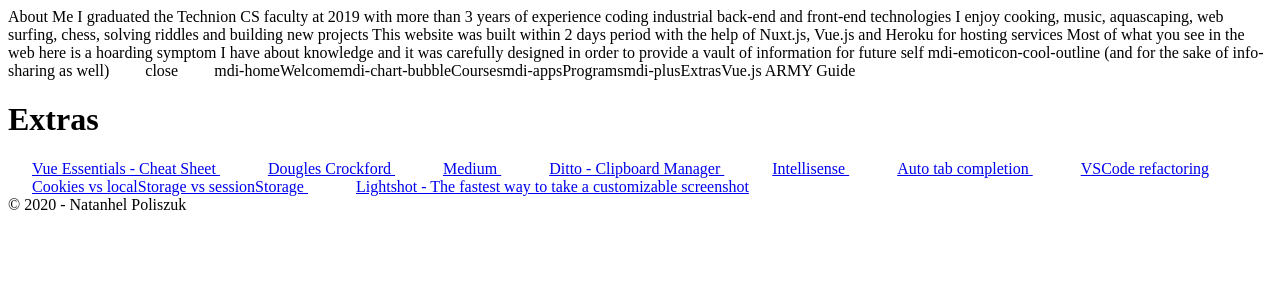
Repository: Natanhel/zvguide
Page: /Extras
The author's editor kept a copy of each file at every save. The page is drawn from the files as they stood at one save, then again after the next save.
The browser window is 1280 px wide. The pictures show the whole page.
The project was rebuilt for these pictures with package versions that can differ from the ones it lists, and the page was loaded fresh each time. The framework's server and built-in components were replaced by stand-ins that run in the browser. Also part of the build but not shown: layouts/error.vue.

Above is the page before, as saved 2020-03-25 14:10:05.

### layouts/default.vue
<template>
  <v-app dark>
    <v-dialog
      v-model="aboutMe"
      max-width="450"
    >
      <v-card>
        <v-card-title>About Me</v-card-title>
        <v-card-text>
          I graduated the Technion CS faculty at 2019
          with more than 3 years of experience coding
          industrial back-end and front-end technologies
        </v-card-text>

        <v-card-text>
          I enjoy cooking, music, aquascaping, web surfing,
          chess, solving riddles and building new projects
        </v-card-text>

        <v-card-text>
          This website was built within 2 days period
          with the help of Nuxt.js, Vue.js and Heroku
          for hosting services
        </v-card-text>

        <v-card-text>
          Most of what you see in the web here
          is a hoarding symptom I have about knowledge and
          it was carefully designed in order to provide a
          vault of information for future self
          <v-icon>mdi-emoticon-cool-outline</v-icon>
        </v-card-text>
        <v-card-text>
          (and for the sake of info-sharing as well)
        </v-card-text>
        <v-card-action>
          <v-btn class="closeBtn" color="primary" @click="aboutMe = !aboutMe">
            close
          </v-btn>
        </v-card-action>
      </v-card>
    </v-dialog>
    <v-navigation-drawer
      v-model="drawer"
      :mini-variant="miniVariant"
      :clipped="clipped"
      fixed
      app
    >
      <v-list>
        <v-list-item
          v-for="(item, i) in items"
          :key="i"
          :to="item.to"
          router
          exact
        >
          <v-list-item-action>
            <v-icon>{{ item.icon }}</v-icon>
          </v-list-item-action>
          <v-list-item-content>
            <v-list-item-title v-text="item.title" />
          </v-list-item-content>
        </v-list-item>
      </v-list>
    </v-navigation-drawer>
    <v-app-bar
      :clipped-left="clipped"
      fixed
      app
    >
      <v-app-bar-nav-icon @click.stop="drawer = !drawer" />
      <v-toolbar-title v-text="title" />
      <v-spacer />
    </v-app-bar>
    <v-content>
      <v-container>
        <nuxt />
      </v-container>
    </v-content>
    <v-footer
      :fixed="fixed"
      app
    >
      <span @click="aboutMe = !aboutMe">&copy; {{ new Date().getFullYear() }} - Natanhel Poliszuk</span>
    </v-footer>
  </v-app>
</template>

<script>
export default {
  name: 'Default',
  data () {
    return {
      aboutMe: false,
      clipped: false,
      drawer: false,
      fixed: false,
      items: [
        {
          icon: 'mdi-home',
          title: 'Welcome',
          to: '/'
        },
        {
          icon: 'mdi-chart-bubble',
          title: 'Courses',
          to: '/courses'
        },
        {
          icon: 'mdi-apps',
          title: 'Programs',
          to: '/programs'
        },
        {
          icon: 'mdi-plus',
          title: 'Extras',
          to: '/extras'
        }
      ],
      miniVariant: false,
      right: false,
      rightDrawer: false,
      title: 'Vue.js ARMY Guide'
    }
  }
}
</script>

<style>
.closeBtn{
  padding: 1em;
  margin: 1em;
}
</style>

### pages/Extras.vue
<template>
  <div>
    <h1>Extras</h1>
    <v-card
      v-for="(link,index) in links"
      id="linkCard"
      :key="index"
    >
      <a
        :href="link.ref"
        target="_blank"
      >
        {{ link.title }}
      </a>
    </v-card>
  </div>
</template>

<script>
export default {
  data () {
    return {
      links: require('@/assets/extras.json')
    }
  }
}
</script>

<style>
#linkCard{
    padding: 1em;
    margin: 0.5em;
}

p,v-card-title,v-btn,
h1,h2,h3,h4,h5 {
     -moz-user-select: none; /* Firefox */
      -ms-user-select: none; /* Internet Explorer */
   -khtml-user-select: none; /* KHTML browsers (e.g. Konqueror) */
  -webkit-user-select: none; /* Chrome, Safari, and Opera */
  -webkit-touch-callout: none; /* Disable Android and iOS callouts*/
}
</style>

### assets/extras.json
[
  {
    "ref": "https://www.vuemastery.com/pdf/Vue-Essentials-Cheat-Sheet.pdf",
    "title": "Vue Essentials - Cheat Sheet"
  },
  {
    "ref": "https://www.crockford.com/",
    "title": "Dougles Crockford"
  },
  {
    "ref": "https://www.medium.com/",
    "title": "Medium"
  },
  {
    "ref": "https://ditto-cp.sourceforge.io/",
    "title": "Ditto - Clipboard Manager"
  },
  {
    "ref": "https://code.visualstudio.com/docs/languages/javascript#_intellisense",
    "title": "Intellisense"
  },
  {
    "ref": "https://code.visualstudio.com/docs/editor/intellisense#_tab-completion",
    "title": "Auto tab completion"
  },
  {
    "ref": "https://code.visualstudio.com/docs/editor/refactoring",
    "title": "VSCode refactoring"
  },
  {
    "ref": "https://www.youtube.com/watch?v=AwicscsvGLg",
    "title": "Cookies vs localStorage vs sessionStorage"
  },
  {
    "ref": "https://app.prntscr.com/en/index.html",
    "title": "Lightshot - The fastest way to take a customizable screenshot"
  }
]

After the next save:
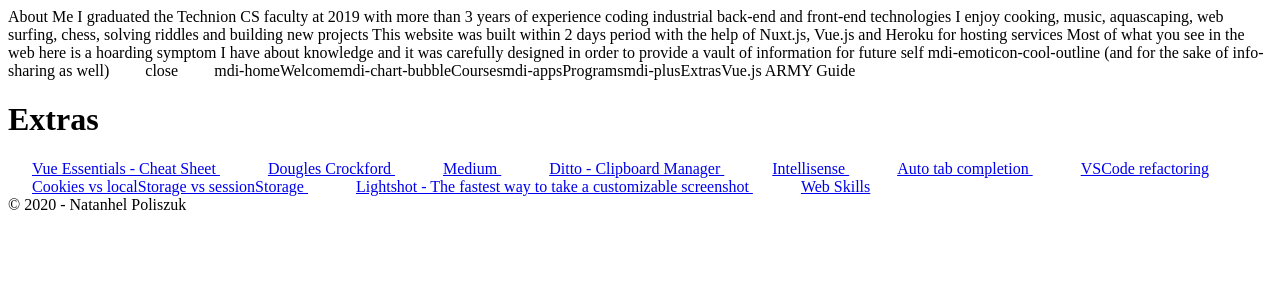
Saved 4 h 26 min later.
--- a/assets/extras.json
+++ b/assets/extras.json
@@ -34,5 +34,9 @@
   {
     "ref": "https://app.prntscr.com/en/index.html",
     "title": "Lightshot - The fastest way to take a customizable screenshot"
+  },
+  {
+    "ref": "https://andreasbm.github.io/web-skills/",
+    "title": "Web Skills"
   }
 ]
